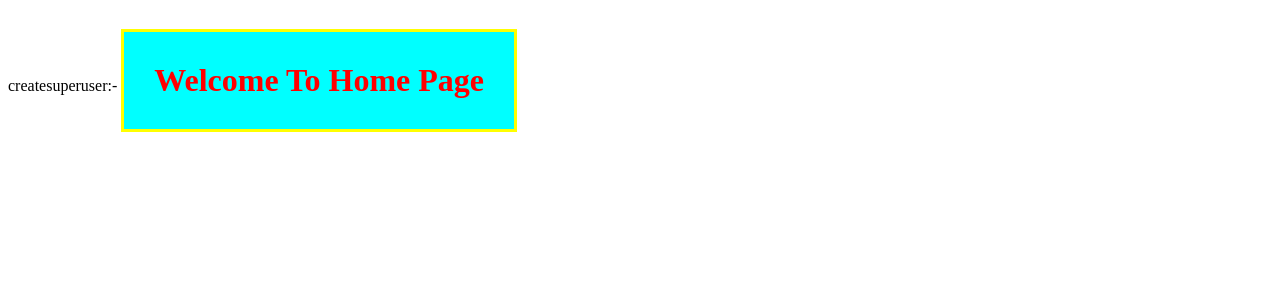
Repository: Raviteja6671/Django
Page: http://localhost/home/
The author's editor kept a copy of each file at every save. The page is drawn from the files as they stood at one save, then again after a run of saves.
The browser window is 1280 px wide. The pictures show the whole page.
The page is served by the project's application, run on Django 5.2 (myProject/manage.py).

Above is the page before, as saved 2025-12-07 19:51:28.

After the next 4 saves:
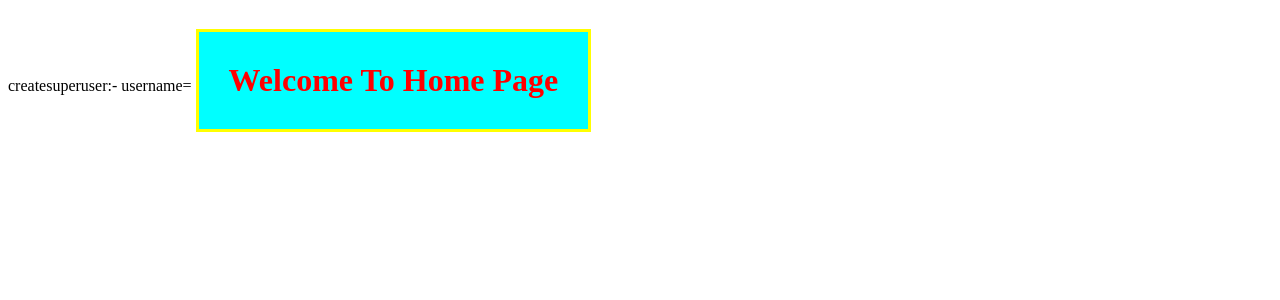
The 4 saves are shown as one change because they came seconds apart.
The last was saved 12 s later.
--- a/myProject/basic/templates/home.html
+++ b/myProject/basic/templates/home.html
@@ -14,7 +14,7 @@
         }
     </style>
     createsuperuser:-
-
+    username=
 </head>
 <body>
     <h1>Welcome To Home Page</h1>
